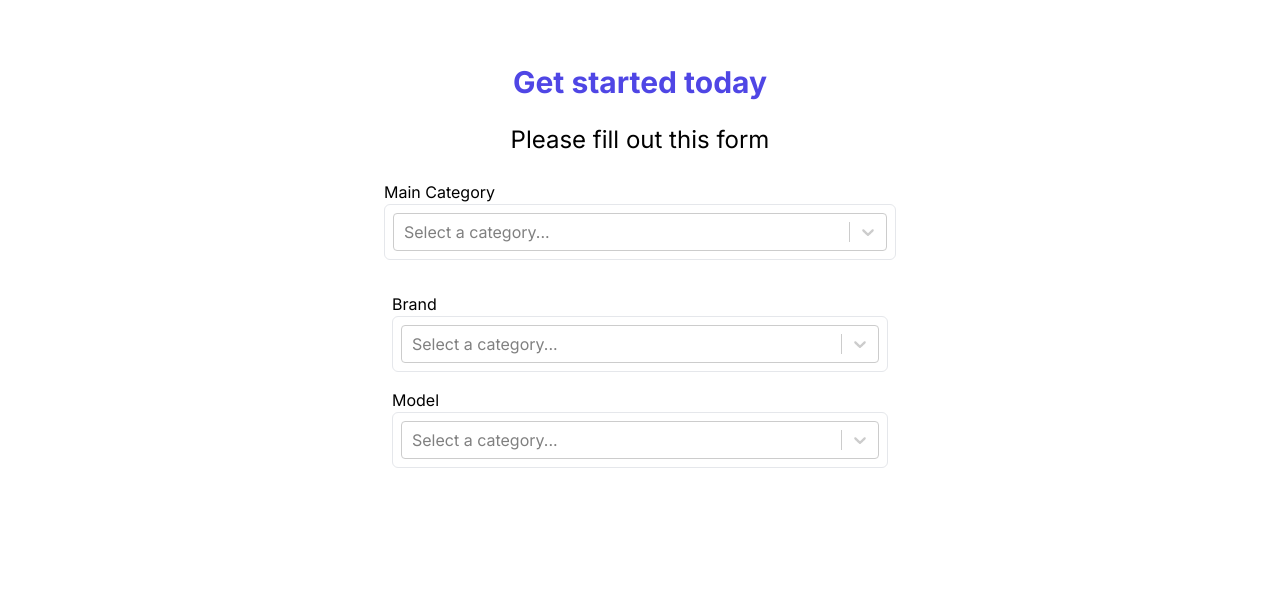
Repository: abdulrahmanmahmood/Mazaady-Portal-Frontend-Task-react-next--1
Page: /
The author's editor kept a copy of each file at every save. The page is drawn from the files as they stood at one save, then again after a run of saves.
The browser window is 1280 px wide. The pictures show the whole page.
The page's requests for data from a server got no answer. The project was rebuilt for these pictures with package versions that can differ from the ones it lists, and the page was loaded fresh each time. The framework's server and built-in components were replaced by stand-ins that run in the browser. No one was signed in, and anything a server would have sent is missing. Also part of the build but not shown: next.config.mjs.

Above is the page before, as saved 2024-01-29 20:57:56.

### app/page.js
"use client";
import Image from "next/image";
import Select from "react-select";
import { useEffect, useState } from "react";
import MCApis from "./_utils/MCApis";
import CarsModels from "./_utils/CarsModels";
import Cars from "./components/Cars";

export default function Home() {
  const [cats, setCats] = useState([]);
  const [selectedCat, setSelectedCat] = useState(null);
  const [selectedCatChildren, setSelectedCatChildren] = useState([]);
  const [selectedChild, setSelectedChild] = useState(null);
  const [selectedProperty, setSelectedProperty] = useState(null);
  const [otherValue, setOtherValue] = useState("");
  const [CarBrand,setCarBrand] = useState([])
  const [CarModel,setCarModel] = useState([])
  const [carType,setCarType]=useState([])

  useEffect(() => {
    getAllCategories();
    getCarsBrand()
    getCarsModel()
  }, []);

  const getAllCategories = () => {
    MCApis.getAllCats().then((res) => {
      setCats(res.data.data.categories);
      // console.log(res.data.data.categories);
    });
  };
  const getCarsBrand=()=>{
    CarsModels.getCarBrand().then((res)=>{
      // console.log('cars brands',res.data.data[1].options);
      setCarBrand(res.data.data[1].options)
      setCarType(res.data.data[2].options)
      console.log('cars trasnmition types ', res.data.data[2].options);

    })
  }

  const getCarsModel=()=>{
    CarsModels.getCarModel().then((res)=>{
      // console.log('cars models',res.data.data[0].options);
      setCarModel(res.data.data[0].options)
    })
  }

  const handleChange = (selectedOption) => {
    const selectedCatItem = cats.find((cat) => cat.id === selectedOption.value);

    setSelectedCat(selectedOption);
    setSelectedCatChildren(selectedCatItem?.children || []);
    setSelectedChild(null);
    setSelectedProperty(null);
    setOtherValue("");
  };

  const handleChildChange = (selectedChildOption) => {
    setSelectedChild(selectedChildOption);
    setSelectedProperty(null);
    setOtherValue("");
  };

  const handlePropertyChange = (selectedPropertyOption) => {
    setSelectedProperty(selectedPropertyOption);
    if (selectedPropertyOption?.value !== "other") {
      setOtherValue("");
    }
  };

  return (
    <div className="mx-auto max-w-screen-xl px-4 py-16 sm:px-6 lg:px-8">
      <div className="mx-auto max-w-lg">
        <h1 className="text-center text-2xl font-bold text-indigo-600 sm:text-3xl">
          Get started today
        </h1>

        <h2 className="text-center text-2xl py-6">Please fill out this form</h2>

        {/* Main Category Dropdown */}
        <label htmlFor="main-category" className="">Main Category</label>
        <Select
        id="main-category"
          options={cats.map((item) => ({
            value: item?.id,
            label: item?.name,
          }))}
          onChange={handleChange}
          value={selectedCat}
          placeholder="Select a category..."
          className="p-2 border rounded-md focus:outline-none focus:ring focus:border-blue-300 mb-4 w-full"
        />

        {/* Children Category Dropdown */}
        {selectedCat && selectedCatChildren.length > 0 && (
    <>
          <label htmlFor="main-category" className="">Sub Category</label>

            <Select
              options={selectedCatChildren.map((child) => ({
                value: child.id,
                label: child.name,
              }))}
              onChange={handleChildChange}
              value={selectedChild}
              placeholder="Select a sub-category..."
              className="p-2 border rounded-md focus:outline-none focus:ring focus:border-blue-300 mb-4 w-full"
            />
    </>
        )}

        {/* Property Dropdown */}
        {selectedChild && (
<>
<label htmlFor="main-category" className="">Process Type</label>

            <Select
              options={(selectedChild?.properties || [])
                .map((property) => ({
                  value: property,
                  label: property,
                }))
                .concat([{ value: "other", label: "Other" }])}
              onChange={handlePropertyChange}
              value={selectedProperty}
              placeholder="Select a property..."
              className="p-2 border rounded-md focus:outline-none focus:ring focus:border-blue-300 mb-4 w-full"
            />
</>
        )}

        {/* Display Selected Category, Children, and Property */}
        {selectedCat && (
          <>
            {selectedProperty && selectedProperty.value === "other" && (
              <input
                type="text"
                value={otherValue}
                onChange={(e) => setOtherValue(e.target.value)}
                placeholder="From user"
                className="mt-4 w-full rounded-md shadow-sm p-3 border"
              />
            )}
            {/* ... (your existing code) */}
          </>
        )}

              <div  className="p-2 mt-6">
                <Cars carsBrand={CarBrand} carsModels={CarModel} carType={carType}/>
              </div>






      </div>
    </div>
  );
}

### app/_utils/MCApis.js
const { default: axiosClient } = require("./axiosClient");

const getAllCats = ()=>axiosClient.get('/get_all_cats?=');

export default {
  getAllCats
}

### app/_utils/CarsModels.js
const { default: axiosClient } = require("./axiosClient");

const getCarBrand = () => axiosClient.get("/properties?cat=13 (2)");
const getCarModel = () => axiosClient.get("get-options-child/22");

export default {
  getCarBrand,
  getCarModel,
};

### app/components/Cars.js
import React from "react";
import Select from "react-select";

const Cars = ({ carsBrand, carsModels }) => {
  return (
    <>
      <label htmlFor="main-category" className="">
        Brand
      </label>
      <Select
        id="main-category"
        options={carsBrand.map((item) => ({
          value: item?.id,
          label: item?.name,
        }))}
        // onChange={handleChange}
        // value={selectedCat}
        placeholder="Select a category..."
        className="p-2 border rounded-md focus:outline-none focus:ring focus:border-blue-300 mb-4 w-full"
      />
      <label htmlFor="main-category" className="">
        Model
      </label>
      <Select
        id="main-category"
        options={carsModels.map((item) => ({
          value: item?.id,
          label: item?.name,
        }))}
        // onChange={handleChange}
        // value={selectedCat}
        placeholder="Select a category..."
        className="p-2 border rounded-md focus:outline-none focus:ring focus:border-blue-300 mb-4 w-full"
      />
    </>
  );
};

export default Cars;

### app/_utils/axiosClient.js
const { default: axios } = require("axios");


const apiUrl = "https://staging.mazaady.com/api/v1";
const headers = {
  "private-key": "3%o8i}_;3D4bF]G5@22r2)Et1&mLJ4?$@+16"
};

const axiosClient = axios.create({
  baseURL:apiUrl,
  headers:headers

});

export default axiosClient;

Loaded but not shown: app/layout.js (common file); app/globals.css (common file); tailwind.config.js (common file)

After the next 2 saves:
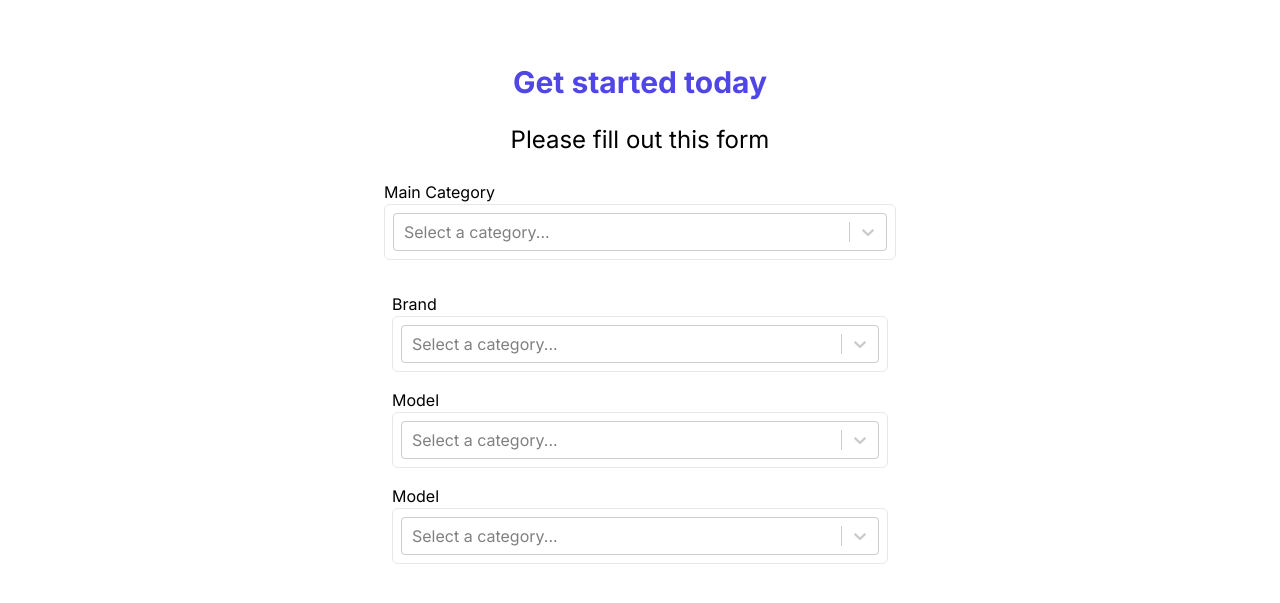
The 2 saves are shown as one change because they came seconds apart.
The last was saved 7 s later.
--- a/app/components/Cars.js
+++ b/app/components/Cars.js
@@ -32,6 +32,20 @@ const Cars = ({ carsBrand, carsModels }) => {
         placeholder="Select a category..."
         className="p-2 border rounded-md focus:outline-none focus:ring focus:border-blue-300 mb-4 w-full"
       />
+            <label htmlFor="main-category" className="">
+        Model
+      </label>
+      <Select
+        id="main-category"
+        options={carsModels.map((item) => ({
+          value: item?.id,
+          label: item?.name,
+        }))}
+        // onChange={handleChange}
+        // value={selectedCat}
+        placeholder="Select a category..."
+        className="p-2 border rounded-md focus:outline-none focus:ring focus:border-blue-300 mb-4 w-full"
+      />
     </>
   );
 };
